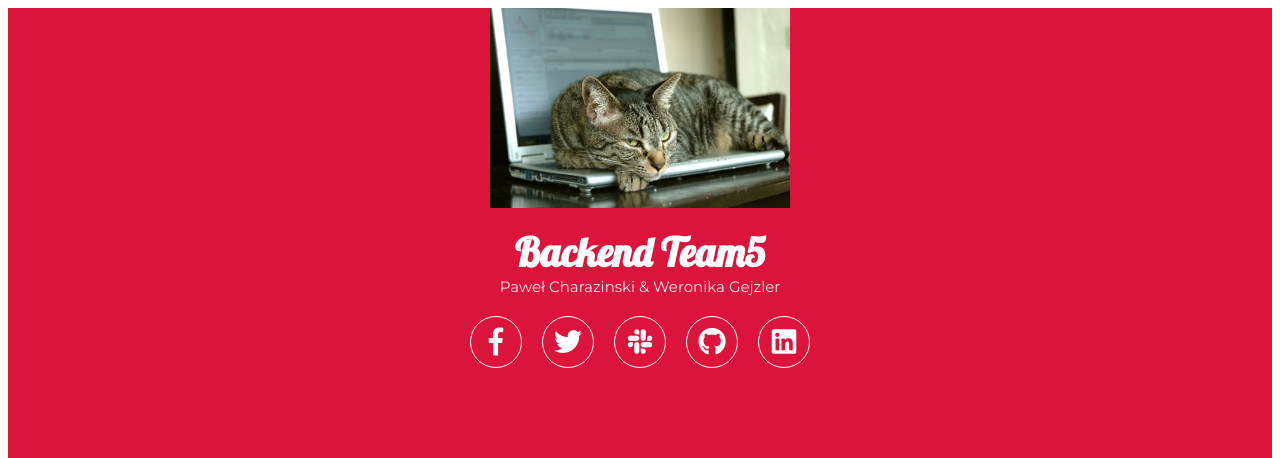
Repository: pietruszka/cc_proj1
Page: index.html
An editor plug-in stored every save of this project. The page is shown before and after the next save, followed by the edit.
The browser window is 1280 px wide. The pictures show the part of the page from y = 0 to 458 px (the page is 1111 px tall).
Pictures or frames that could not be fetched are drawn as grey boxes. Some web libraries are served in a nearby version.

Above is the page before, as saved 2018-11-18 19:38:32.

### index.html
<!DOCTYPE html>
<html lang="en">

<head>
    <meta charset="UTF-8">
    <meta name="viewport" content="width=device-width, initial-scale=1.0">
    <link rel="stylesheet" href="./style.css" />
    <link href="https://fonts.googleapis.com/css?family=Lobster" rel="stylesheet">
    <link href="https://use.fontawesome.com/releases/v5.0.8/css/all.css" rel="stylesheet">
    <link href="https://fonts.googleapis.com/css?family=Montserrat" rel="stylesheet">
    <link href="https://fonts.googleapis.com/css?family=Raleway" rel="stylesheet">
    <title>BackendTeam5</title>
</head>

<body>

    <div class="wrapper">
        <div id="top">
            <div id="photo"><img id="photo1" src="people.jpg" alt=""></div>
            <div id="heading">


               <h1 id="heading1">Backend Team5</h1>
               <h2 id="heading2">Paweł Charazinski &amp; Weronika Gejzler</h2>
               <div class="nav">

                <div class="nav-item">
                    <a href="#" class="fab fa-facebook-f"></a>
                </div>
                <div class="nav-item">
                    <a href="#" class="fab fa-twitter"></a>
                </div>

                <div class="nav-item">
                    <a href="#" class="fab fa-slack"></a>
                </div>
                <div class="nav-item">
                    <a href="#" class="fab fa-github"></a>
                </div>
                <div class="nav-item">
                    <a href="#" class="fab fa-linkedin"></a>
                </div>
            </div>


            </div>

        </div>

        <div id="bottom">
            <div id="about">
<h1 id="h_about">O <span style="color:crimson">nas</span></h1>
<p id="p_about">Witamy na naszej stronie-wizytówce! Jest to nasz pierwszy projekt w ramach warsztatów koła naukowego CodersCrew! Do jego stworzenia wykorzystaliśmy HTML oraz CSS z użyciem flexbox i grid. Mamy nadzieję, że Ci się podoba! Kolejne nasze projekty dotyczyć będą JavaScriptu i frameworka React. Zachęcamy do pozostania w kontakcie.</p>
<div id="button">Dowiedz się więcej!</div>


            </div>
            <div id="details">
<table>
    <tr>
        <td class="table"><b>City</b></td>
        <td class="table">Wrocław</td>
    </tr>
    <tr>
        <td class="table"><b>Technologies</b></td>
        <td class="table">HTML/CSS</td>
    </tr>
    <tr>
        <td class="table"><b>Training time</b></td>
        <td class="table">1 week</td>
    </tr>
    <tr>
        <td class="table"><b>What's next</b></td>
        <td class="table">JavaScript!</td>
    </tr>
    <tr>
        <td class="table"><b>Emails</b></td>
        <td class="table">weronika.gejzler@gmail.com
        </td>
    </tr>
    <tr><td class="table"></td><td class="table">pawel.charazinski@gmail.com
        </td></tr>

</table>
</div>
        </div>

    </div>
</div>
</body>

</html>

### style.css
.wrapper{
   font-size: 1.5em;
   width: 100%;
   height: 100vh;
  display: grid;
   grid-template-areas:
   "photo"
   "heading"
   "about"
   "details";
   grid-template-columns: 1fr;
   grid-template-rows: 450px 600px 250px 250px;

}
#top{
   display: flex;
   flex-direction: column;
   align-items: center;
    background-color: crimson;
    color: white;


}
#photo{

    grid-area: photo;
}
#photo1{

   width: 300px;
   height: 200px;

}

#heading{

  padding: 1vw;
  grid-area: heading;
}

#heading1 {

    font-size: 40px;
    font-weight: 700;
        font-family: 'Lobster', cursive;
    text-align: center;
    margin:0;
   }
   #heading2 {

    font-size: 15px;
    font-weight: 100;
    font-family:  Montserrat;
    text-align: center;
    margin: 0%;
    opacity: 0.9;
    }

    a {
        color: white;
        text-decoration: none;

    }
    .nav {
        display: flex;
        justify-content: center;
        margin: 20px;

    }

    .nav-item {

        animation: show 0.5s ease-in-out forwards;

        transition: all 0.3s ease-in-out;
        border-radius: 100%;
        border: solid 1px white;

        width: 50px;
        height: 50px;
        margin: 0 10px;
        display: flex;
        align-items: center;
        justify-content: center;

    }

    .nav-item:hover {
        cursor: pointer;

        opacity: 0.5;

    }

    .nav-item a:hover {

        opacity: 0.5;

    }

    .nav-item a {
        font-size: 28px;

    }

#bottom{

    background: url(abstract/8020.jpg);


}
#about{
   margin: 5vw;
   grid-area: about;
}
#h_about{
   font-family:  Montserrat;
    font-style: Bold;
    font-size: 24px;
        text-align: Left;
        line-height: 29px;

}
#p_about{
   color: #666666;
   Font-Family: Raleway;
Font-Style: Regular;
Font-Size: 16px;
Line-Height: 24px;
text-Align: Left;
}
#button{
    border: 2px solid crimson;
    border-radius: 25px;
    background-color: white;
    color: crimson;

    padding: 15px 32px;
    text-align: center;
    text-decoration: none;
    display: inline-block;
    font-size: 14px;
    Font-Family: Raleway;
}



#details{
    margin: 5vw;
    color: #666666;
    Font-Family: Raleway;
 Font-Style: Regular;
 Font-Size: 16px;
 Line-Height: 29px;
 text-Align: Left;
 grid-area: details;
}
.table{
    padding: 1vw;
}

After the next save:
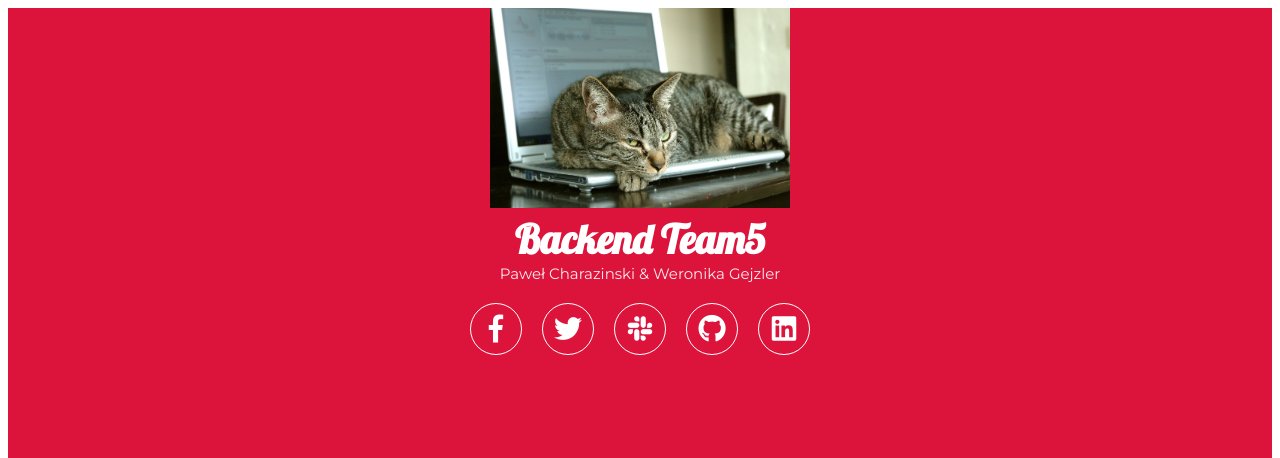
Saved 10 s later.
--- a/style.css
+++ b/style.css
@@ -34,7 +34,7 @@
 
 #heading{
 
-  padding: 1vw;
+
   grid-area: heading;
 }
 
